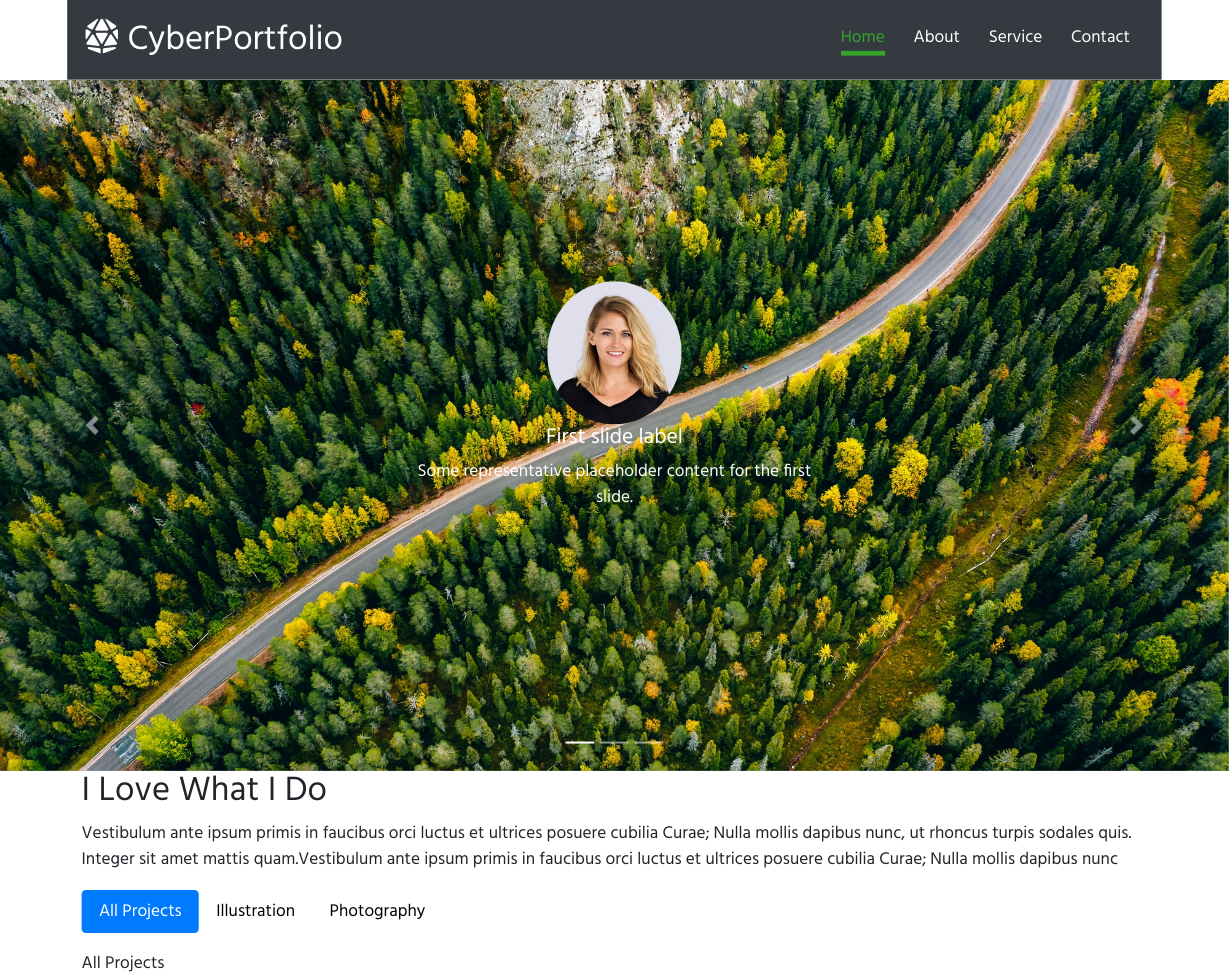
Repository: thanhfrankie/portfolio
Page: index.html
The author's editor kept a copy of each file at every save. The page is drawn from the files as they stood at one save, then again after the next save.
The browser window is 1280 px wide. The pictures show the whole page, at 96% of full size.

Above is the page before, as saved 2023-11-30 09:07:59.

After the next save:
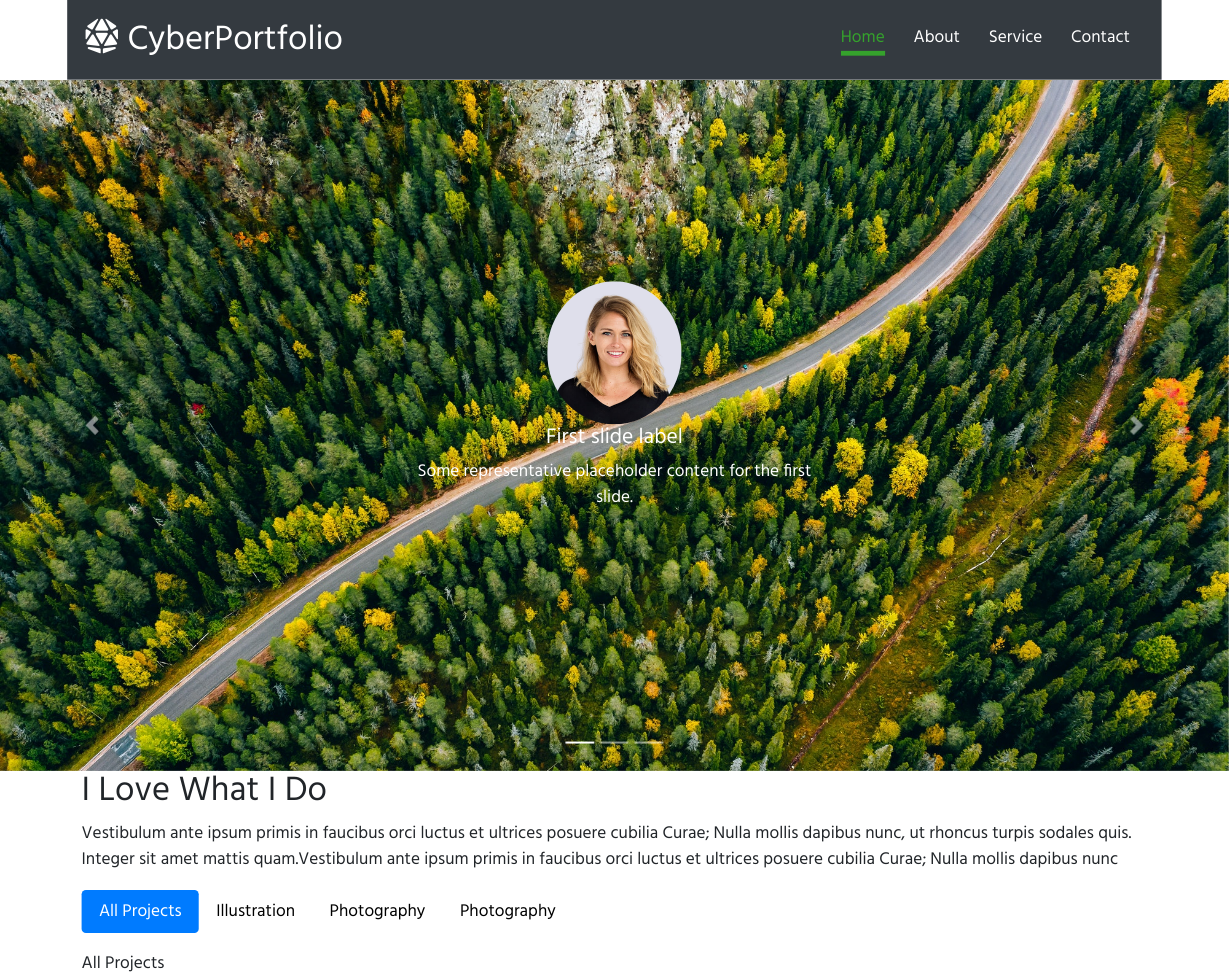
Saved 7 s later.
--- a/index.html
+++ b/index.html
@@ -116,6 +116,9 @@
             <li class="nav-item" role="presentation">
               <button class="nav-link" id="pills-contact-tab" data-toggle="pill" data-target="#photo" type="button" role="tab" aria-controls="pills-contact" aria-selected="false">Photography</button>
             </li>
+            <li class="nav-item" role="presentation">
+              <button class="nav-link" id="pills-contact-tab" data-toggle="pill" data-target="#photo" type="button" role="tab" aria-controls="pills-contact" aria-selected="false">Photography</button>
+            </li>
           </ul>
           <div class="tab-content" id="pills-tabContent">
             <div class="tab-pane fade show active" id="all" role="tabpanel" aria-labelledby="pills-home-tab">
